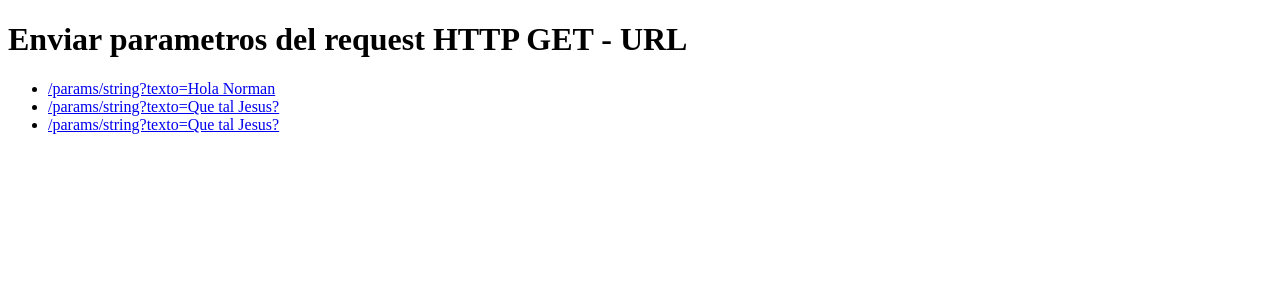
Repository: Norman-Cordova/SpringBootGuzman
Page: http://localhost/params/index
These files come from the project's save history. The page is drawn as it stood at one moment and after the next save; the edit follows.
The browser window is 1280 px wide. The pictures show the whole page.
The page is this project's Thymeleaf template; nobody is signed in. The template is opened directly, without the code that normally fills it, so the values that code supplies are empty.

Above is the page before, as saved 2023-03-11 20:40:37.

### spring-boot-web/src/main/resources/templates/params/index.html
<!DOCTYPE html>
<html xmlns:th="http://www.thymeleaf.org">
<head>
<meta charset="UTF-8" />
<title>Enviar parametros del request HTTP GET - URL</title>
</head>
<body>
	<h1>Enviar parametros del request HTTP GET - URL</h1>
	<ul>
		<li><a th:href="@{/params/string(texto='Hola Norman')}">/params/string?texto=Hola
				Norman</a></li>
		<li><a th:href="@{/params/string(texto='Que tal Jesus?')}">/params/string?texto=Que
				tal Jesus?</a></li>
		<li><a th:href="@{/params/mix-params(saludo='Que tal Jesus?',numero=6)}">/params/string?texto=Que
				tal Jesus?</a></li>
	</ul>
</body>
</html>

After the next save:
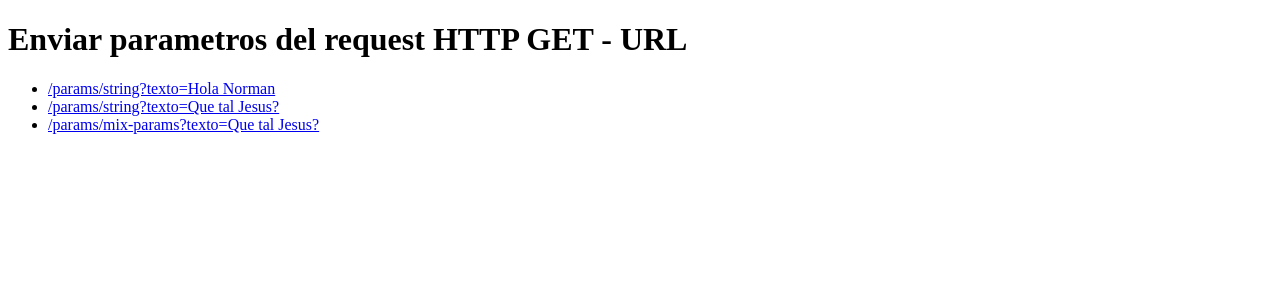
Saved 9 s later.
--- a/spring-boot-web/src/main/resources/templates/params/index.html
+++ b/spring-boot-web/src/main/resources/templates/params/index.html
@@ -11,7 +11,7 @@
 				Norman</a></li>
 		<li><a th:href="@{/params/string(texto='Que tal Jesus?')}">/params/string?texto=Que
 				tal Jesus?</a></li>
-		<li><a th:href="@{/params/mix-params(saludo='Que tal Jesus?',numero=6)}">/params/string?texto=Que
+		<li><a th:href="@{/params/mix-params(saludo='Que tal Jesus?',numero=6)}">/params/mix-params?texto=Que
 				tal Jesus?</a></li>
 	</ul>
 </body>
